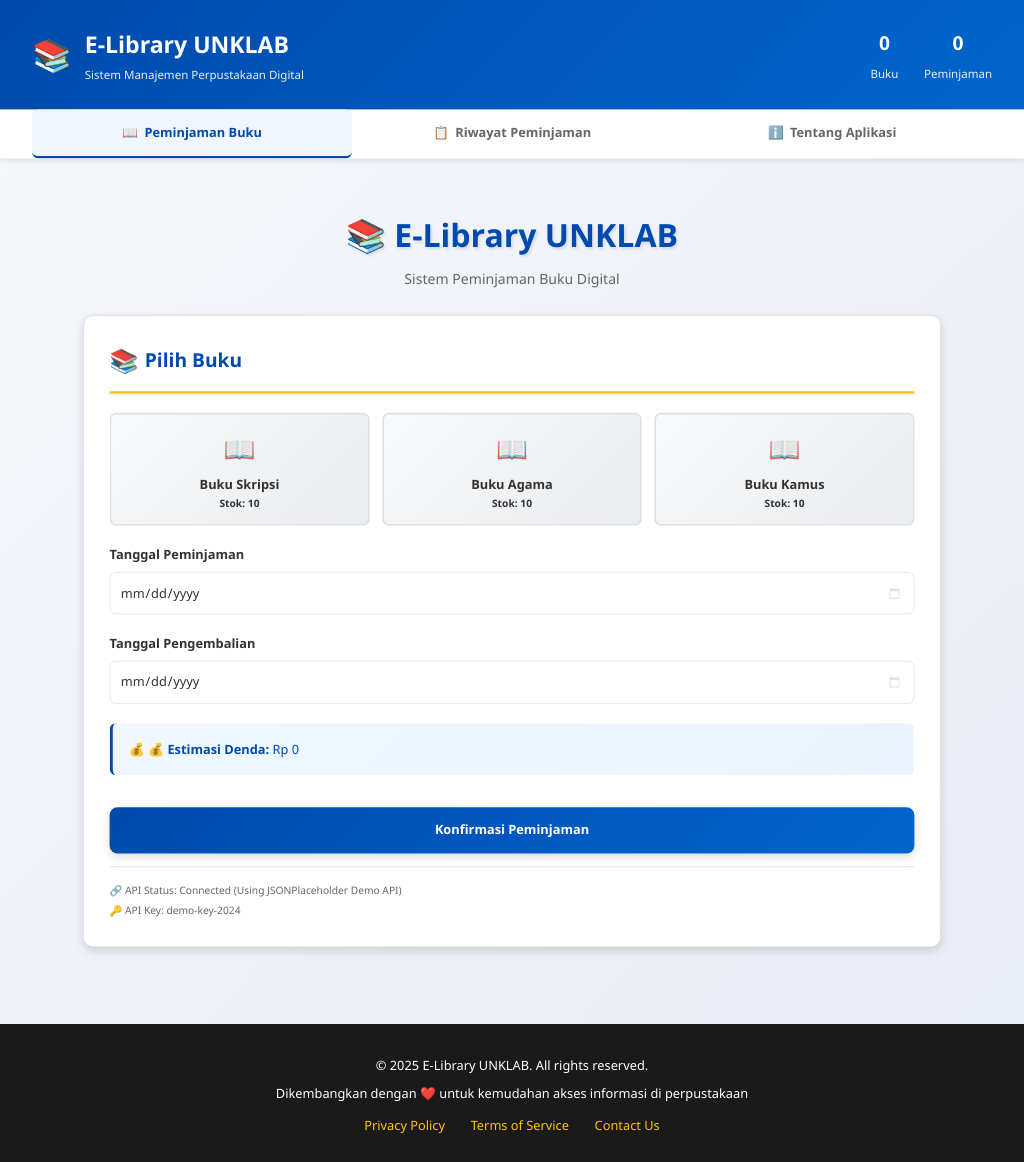
Repository: s22310440-sys/tugas-mid
Page: /
These files come from the project's save history. The page is drawn as it stood at one moment and after the next save; the edit follows.
The browser window is 1280 px wide. The pictures show the whole page, at 80% of full size.
The page's requests for data from a server got no answer. The project was rebuilt for these pictures with package versions that can differ from the ones it lists, and the page was loaded fresh each time. No one was signed in, and anything a server would have sent is missing.

Above is the page before, as saved 2025-11-24 07:41:19.

### index.html
<!DOCTYPE html>
<html lang="en">
  <head>
    <meta charset="UTF-8" />
    <meta name="viewport" content="width=device-width, initial-scale=1.0" />
    <title>E-Library UNKLAB</title>
  </head>
  <body>
    <div id="root"></div>
    <script type="module" src="/src/main.jsx"></script>
  </body>
</html>

### src/main.jsx
import React from "react";
import ReactDOM from "react-dom/client";
import App from "./App.jsx";
import "./index.css";

ReactDOM.createRoot(document.getElementById("root")).render(
    <React.StrictMode>
        <App />
    </React.StrictMode>
);

### src/App.jsx
import React, { useState, useEffect } from "react";
import ELibraryUNKLAB from "./components/ELibraryUNKLAB";
import { getBooks, getLoans } from "./api/config";

export default function App() {
  const [activeTab, setActiveTab] = useState("borrow");
  const [loanHistory, setLoanHistory] = useState([]);
  const [stats, setStats] = useState({ totalBooks: 0, totalLoans: 0 });
  const [loading, setLoading] = useState(false);

  // Load statistics saat aplikasi pertama kali dibuka
  useEffect(() => {
    const loadStats = async () => {
      setLoading(true);
      const booksResult = await getBooks();
      const loansResult = await getLoans();

      if (booksResult.success) {
        setStats((prev) => ({
          ...prev,
          totalBooks: booksResult.data.length,
        }));
      }

      if (loansResult.success) {
        setLoanHistory(loansResult.data);
        setStats((prev) => ({
          ...prev,
          totalLoans: loansResult.data.length,
        }));
      }
      setLoading(false);
    };

    loadStats();
  }, []);

  return (
    <div className="app">
      {/* Header */}
      <header className="header">
        <div className="header-content">
          <div className="logo">
            <span className="logo-icon">📚</span>
            <div>
              <h1>E-Library UNKLAB</h1>
              <p>Sistem Manajemen Perpustakaan Digital</p>
            </div>
          </div>
          <div className="header-stats">
            <div className="stat-item">
              <span className="stat-number">{stats.totalBooks}</span>
              <span className="stat-label">Buku</span>
            </div>
            <div className="stat-item">
              <span className="stat-number">{stats.totalLoans}</span>
              <span className="stat-label">Peminjaman</span>
            </div>
          </div>
        </div>
      </header>

      {/* Navigation */}
      <nav className="navbar">
        <div className="nav-container">
          <button
            className={`nav-btn ${activeTab === "borrow" ? "active" : ""}`}
            onClick={() => setActiveTab("borrow")}
          >
            <span>📖</span> Peminjaman Buku
          </button>
          <button
            className={`nav-btn ${activeTab === "history" ? "active" : ""}`}
            onClick={() => setActiveTab("history")}
          >
            <span>📋</span> Riwayat Peminjaman
          </button>
          <button
            className={`nav-btn ${activeTab === "about" ? "active" : ""}`}
            onClick={() => setActiveTab("about")}
          >
            <span>ℹ️</span> Tentang Aplikasi
          </button>
        </div>
      </nav>

      {/* Main Content */}
      <main className="main-content">
        {/* Tab: Peminjaman Buku */}
        {activeTab === "borrow" && <ELibraryUNKLAB />}

        {/* Tab: Riwayat Peminjaman */}
        {activeTab === "history" && (
          <div className="container">
            <h2 className="section-title">📋 Riwayat Peminjaman</h2>
            {loading ? (
              <div className="card">
                <p className="info-box">Memuat data...</p>
              </div>
            ) : loanHistory.length > 0 ? (
              <div className="card">
                <table>
                  <thead>
                    <tr>
                      <th>ID</th>
                      <th>Nama Peminjam</th>
                      <th>Email</th>
                      <th>Catatan</th>
                    </tr>
                  </thead>
                  <tbody>
                    {loanHistory.map((loan) => (
                      <tr key={loan.id}>
                        <td>#{loan.id}</td>
                        <td>{loan.name?.substring(0, 20) || "Anonim"}</td>
                        <td>{loan.email || "-"}</td>
                        <td>{loan.body?.substring(0, 50) || "-"}...</td>
                      </tr>
                    ))}
                  </tbody>
                </table>
              </div>
            ) : (
              <div className="card">
                <p className="alert alert-info">
                  Belum ada riwayat peminjaman. Mulai peminjaman buku sekarang!
                </p>
              </div>
            )}
          </div>
        )}

        {/* Tab: Tentang Aplikasi */}
        {activeTab === "about" && (
          <div className="container">
            <h2 className="section-title">ℹ️ Tentang Aplikasi</h2>
            <div className="card">
              <div className="about-content">
                <h3>E-Library UNKLAB v1.0</h3>
                <p>
                  Sistem manajemen perpustakaan digital untuk Universitas
                  Klabat (UNKLAB) yang memudahkan mahasiswa dan dosen dalam
                  meminjam buku.
                </p>

                <h4>✨ Fitur Utama:</h4>
                <ul>
                  <li>✓ Peminjaman buku online</li>
                  <li>✓ Perhitungan otomatis denda keterlambatan</li>
                  <li>✓ Riwayat peminjaman</li>
                  <li>✓ Interface yang user-friendly</li>
                  <li>✓ Integrasi dengan API</li>
                </ul>

                <h4>🛠️ Teknologi yang Digunakan:</h4>
                <ul>
                  <li>React 18.3.1</li>
                  <li>Vite (Build Tool)</li>
                  <li>CSS Modern (Flexbox, Grid)</li>
                  <li>JSONPlaceholder API (Demo)</li>
                </ul>

                <h4>📞 Informasi Kontak:</h4>
                <p>
                  Email: library@unklab.ac.id
                  <br />
                  Phone: (0431) 812345
                  <br />
                  Lokasi: Universitas Klabat, Manado
                </p>

                <h4>📋 Kebijakan Peminjaman:</h4>
                <ul>
                  <li>Durasi peminjaman standar: 7 hari</li>
                  <li>Denda keterlambatan: Rp 7.500 per hari</li>
                  <li>Maksimal buku yang dipinjam: 5 buku</li>
                  <li>Dapat diperpanjang 2 kali jika tidak ada pemesanan</li>
                </ul>
              </div>
            </div>
          </div>
        )}
      </main>

      {/* Footer */}
      <footer className="footer">
        <div className="footer-content">
          <p>© 2025 E-Library UNKLAB. All rights reserved.</p>
          <p>
            Dikembangkan dengan ❤️ untuk kemudahan akses informasi di
            perpustakaan
          </p>
          <div className="footer-links">
            <a href="#privacy">Privacy Policy</a>
            <a href="#terms">Terms of Service</a>
            <a href="#contact">Contact Us</a>
          </div>
        </div>
      </footer>

      {/* Inline Styles untuk Layout Komponen */}
      <style>{`
        .app {
          display: flex;
          flex-direction: column;
          min-height: 100vh;
          background: linear-gradient(135deg, #f5f7fa 0%, #e8ecf5 100%);
        }

        .header {
          background: linear-gradient(135deg, #004aad 0%, #0066cc 100%);
          color: white;
          padding: 2rem;
          box-shadow: 0 4px 12px rgba(0, 0, 0, 0.15);
        }

        .header-content {
          max-width: 1200px;
          margin: 0 auto;
          display: flex;
          justify-content: space-between;
          align-items: center;
          gap: 2rem;
        }

        .logo {
          display: flex;
          align-items: center;
          gap: 1rem;
        }

        .logo-icon {
          font-size: 2.5rem;
        }

        .logo h1 {
          margin: 0;
          font-size: 1.8rem;
          font-weight: bold;
        }

        .logo p {
          margin: 0.25rem 0 0 0;
          opacity: 0.9;
          font-size: 0.9rem;
        }

        .header-stats {
          display: flex;
          gap: 2rem;
        }

        .stat-item {
          text-align: center;
          display: flex;
          flex-direction: column;
          gap: 0.5rem;
        }

        .stat-number {
          font-size: 1.5rem;
          font-weight: bold;
        }

        .stat-label {
          font-size: 0.9rem;
          opacity: 0.9;
        }

        .navbar {
          background: white;
          box-shadow: 0 2px 8px rgba(0, 0, 0, 0.1);
          position: sticky;
          top: 0;
          z-index: 100;
        }

        .nav-container {
          max-width: 1200px;
          margin: 0 auto;
          display: flex;
          gap: 0;
        }

        .nav-btn {
          flex: 1;
          padding: 1rem;
          background: none;
          border: none;
          border-bottom: 3px solid transparent;
          color: #666;
          font-size: 1rem;
          font-weight: 600;
          cursor: pointer;
          transition: all 0.3s ease;
          display: flex;
          align-items: center;
          justify-content: center;
          gap: 0.5rem;
        }

        .nav-btn:hover {
          background: #f5f7fa;
          color: #004aad;
        }

        .nav-btn.active {
          color: #004aad;
          border-bottom-color: #004aad;
          background: #f0f6ff;
        }

        .main-content {
          flex: 1;
          padding: 2rem;
          max-width: 1200px;
          margin: 0 auto;
          width: 100%;
        }

        .section-title {
          font-size: 2rem;
          font-weight: bold;
          color: #004aad;
          margin-bottom: 1.5rem;
          text-align: center;
        }

        .about-content {
          line-height: 1.8;
        }

        .about-content h3 {
          font-size: 1.5rem;
          color: #004aad;
          margin-bottom: 1rem;
        }

        .about-content h4 {
          font-size: 1.1rem;
          color: #0066cc;
          margin-top: 1.5rem;
          margin-bottom: 0.5rem;
        }

        .about-content p {
          margin-bottom: 1rem;
          color: #666;
        }

        .about-content ul {
          margin-left: 1.5rem;
          margin-bottom: 1rem;
          color: #666;
        }

        .about-content li {
          margin-bottom: 0.5rem;
        }

        .footer {
          background: #1a1a1a;
          color: white;
          padding: 2rem;
          margin-top: 2rem;
          text-align: center;
        }

        .footer-content {
          max-width: 1200px;
          margin: 0 auto;
        }

        .footer-content p {
          margin: 0.5rem 0;
        }

        .footer-links {
          margin-top: 1rem;
          display: flex;
          justify-content: center;
          gap: 2rem;
        }

        .footer-links a {
          color: #ffc107;
          text-decoration: none;
          transition: all 0.3s ease;
        }

        .footer-links a:hover {
          text-decoration: underline;
        }

        @media (max-width: 768px) {
          .header-content {
            flex-direction: column;
            gap: 1rem;
          }

          .header-stats {
            width: 100%;
            justify-content: space-around;
          }

          .nav-container {
            flex-direction: column;
          }

          .nav-btn {
            border-bottom: none;
            border-right: 3px solid transparent;
          }

          .nav-btn.active {
            border-bottom: none;
            border-right-color: #004aad;
          }

          .main-content {
            padding: 1rem;
          }

          .footer-links {
            flex-direction: column;
            gap: 0.5rem;
          }
        }
      `}</style>
    </div>
  );
}

### src/components/ELibraryUNKLAB.jsx
import React, { useState, useEffect } from "react";
import { getBooks, submitLoan, API_KEY } from "../api/config";

export default function ELibraryUNKLAB() {
  const [books, setBooks] = useState([]);
  const [selectedBook, setSelectedBook] = useState(null);
  const [borrowDate, setBorrowDate] = useState("");
  const [returnDate, setReturnDate] = useState("");
  const [fine, setFine] = useState(0);
  const [message, setMessage] = useState("");
  const [loading, setLoading] = useState(false);

  const dailyFine = 7500;

  // Load books dari API saat component mount
  useEffect(() => {
    const loadBooks = async () => {
      setLoading(true);
      // Set buku statis dengan nama yang diinginkan
      setBooks([
        { id: 1, title: "Buku Skripsi", stock: 10 },
        { id: 2, title: "Buku Agama", stock: 10 },
        { id: 3, title: "Buku Kamus", stock: 10 },
      ]);
      setLoading(false);
    };

    loadBooks();
  }, []);

  const calculateFine = () => {
    if (!borrowDate || !returnDate) return;

    const start = new Date(borrowDate);
    const end = new Date(returnDate);
    const diffTime = end - start;
    const diffDays = Math.ceil(diffTime / (1000 * 60 * 60 * 24));

    if (diffDays > 7) {
      const lateDays = diffDays - 7;
      setFine(lateDays * dailyFine);
    } else {
      setFine(0);
    }
  };

  useEffect(() => {
    calculateFine();
  }, [borrowDate, returnDate]);

  const handleSubmit = async (e) => {
    e.preventDefault();

    if (!selectedBook) {
      setMessage("Silakan pilih buku terlebih dahulu.");
      return;
    }

    if (!borrowDate || !returnDate) {
      setMessage("Silakan isi tanggal peminjaman dan pengembalian.");
      return;
    }

    setLoading(true);

    // Kirim data ke API
    const loanData = {
      bookId: selectedBook.id,
      bookTitle: selectedBook.title,
      borrowDate,
      returnDate,
      fine,
      timestamp: new Date().toISOString(),
    };

    const result = await submitLoan(loanData);

    if (result.success) {
      setMessage(
        `✓ Peminjaman berhasil! Buku: ${selectedBook.title}. Denda keterlambatan: Rp ${fine}. Data disimpan di server.`
      );
      // Reset form
      setTimeout(() => {
        setSelectedBook(null);
        setBorrowDate("");
        setReturnDate("");
        setFine(0);
      }, 2000);
    } else {
      setMessage(
        `✓ Peminjaman tercatat lokal! Buku: ${selectedBook.title}. Denda: Rp ${fine}. (Server sedang offline)`
      );
    }

    setLoading(false);
  };

  return (
    <div className="container">
      <h1 className="title">📚 E-Library UNKLAB</h1>
      <p className="subtitle">Sistem Peminjaman Buku Digital</p>

      <div className="card">
        <h2>Pilih Buku</h2>

        {loading && books.length === 0 ? (
          <p className="info-box">Memuat data buku dari server...</p>
        ) : (
          <div className="book-list">
            {books.map((book) => (
              <button
                key={book.id}
                className={`book-btn ${
                  selectedBook?.id === book.id ? "active" : ""
                }`}
                onClick={() => setSelectedBook(book)}
                disabled={loading}
              >
                {book.title}
                <br />
                <small>Stok: {book.stock}</small>
              </button>
            ))}
          </div>
        )}

        <form onSubmit={handleSubmit}>
          <div className="form-group">
            <label>Tanggal Peminjaman</label>
            <input
              type="date"
              value={borrowDate}
              onChange={(e) => setBorrowDate(e.target.value)}
              required
            />
          </div>

          <div className="form-group">
            <label>Tanggal Pengembalian</label>
            <input
              type="date"
              value={returnDate}
              onChange={(e) => setReturnDate(e.target.value)}
              required
            />
          </div>

          <div className="fine-box">
            <strong>💰 Estimasi Denda:</strong> Rp {fine.toLocaleString("id-ID")}
            {fine > 0 && <p style={{ fontSize: "0.9rem", marginTop: "0.5rem" }}>
              *Denda berlaku jika melebihi 7 hari peminjaman
            </p>}
          </div>

          <button type="submit" className="submit-btn" disabled={loading}>
            {loading ? "Memproses..." : "Konfirmasi Peminjaman"}
          </button>
        </form>

        {message && (
          <div className="result">
            {message}
          </div>
        )}

        <div className="card-footer">
          <small style={{ color: "#666" }}>
            🔗 API Status: Connected (Using JSONPlaceholder Demo API)
            <br />
            🔑 API Key: {API_KEY}
          </small>
        </div>
      </div>
    </div>
  );
}

Loaded but not shown: tailwind.config.js (common file); src/api/config.js (70 lines, source omitted); src/index.css (791 lines, source omitted)

After the next save:
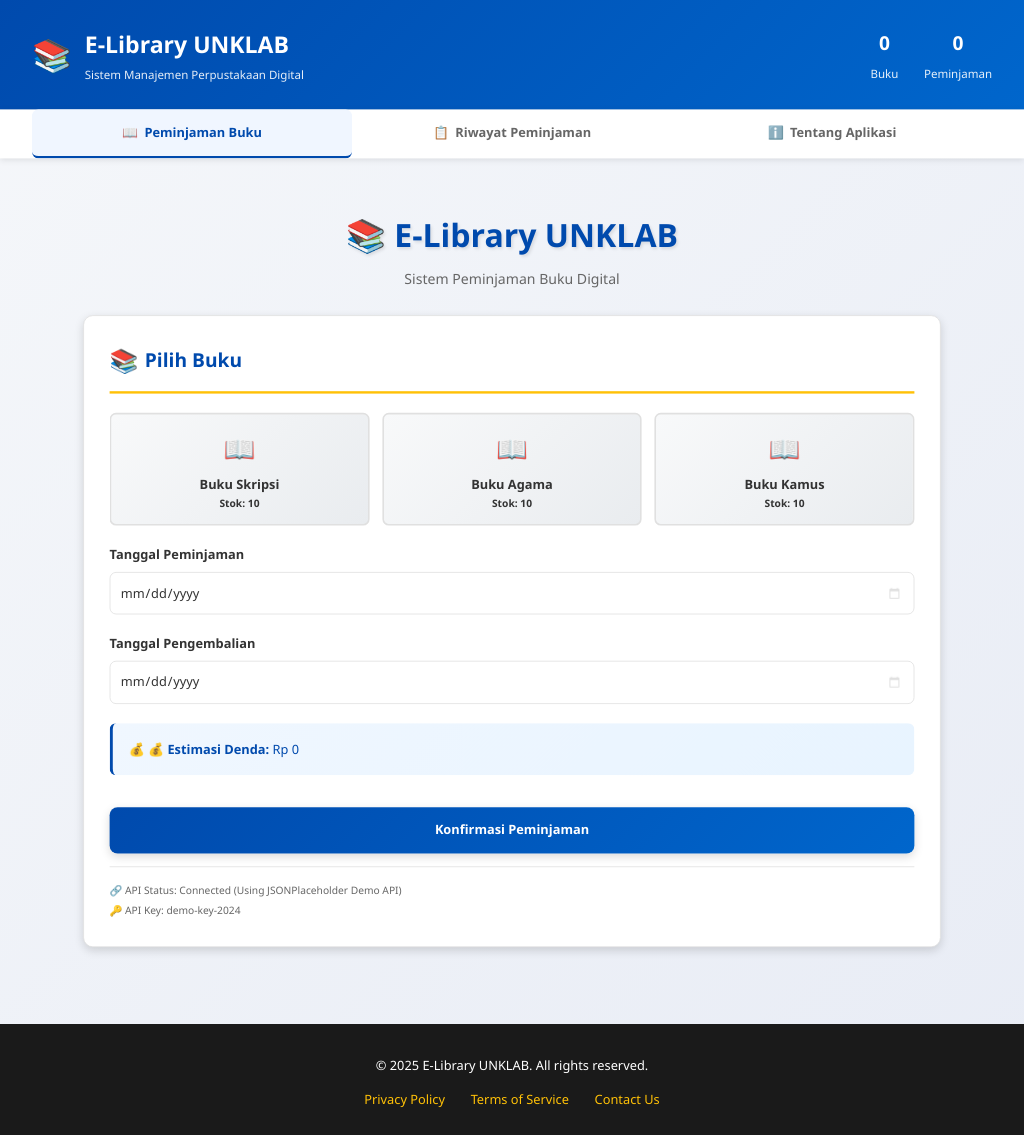
Saved 2 min 3 s later.
--- a/src/App.jsx
+++ b/src/App.jsx
@@ -187,8 +187,7 @@
         <div className="footer-content">
           <p>© 2025 E-Library UNKLAB. All rights reserved.</p>
           <p>
-            Dikembangkan dengan ❤️ untuk kemudahan akses informasi di
-            perpustakaan
+
           </p>
           <div className="footer-links">
             <a href="#privacy">Privacy Policy</a>
